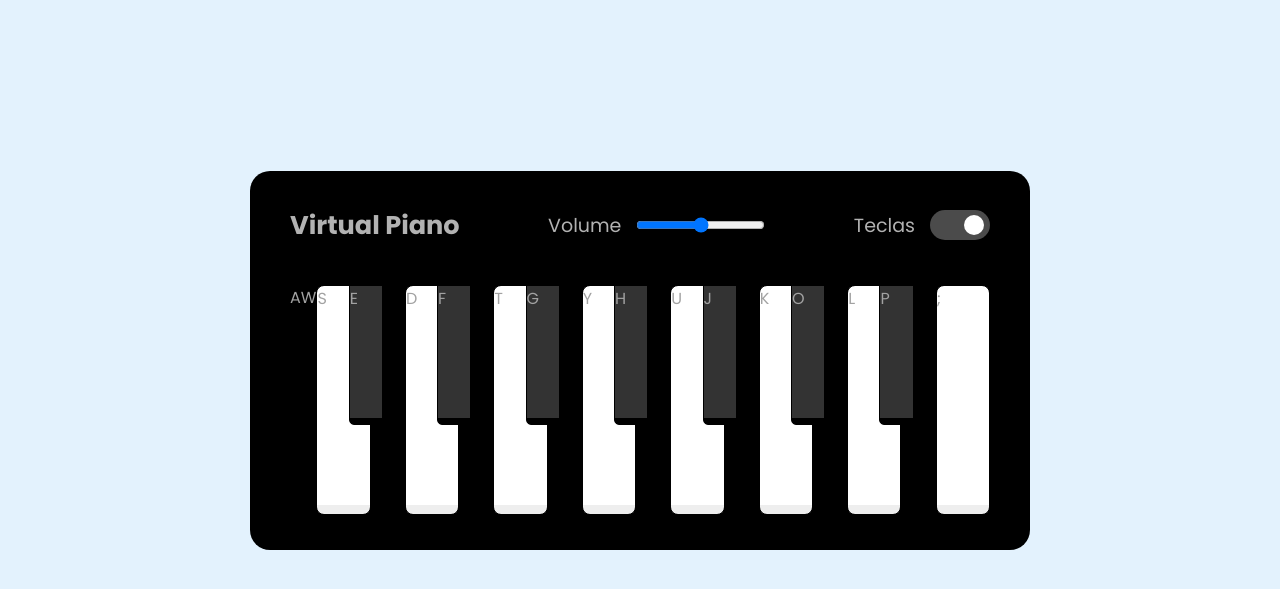
Repository: gustavotwist/simulador-piano
Page: index.html
These files come from the project's save history. The page is drawn as it stood at one moment and after the next save; the edit follows.
The browser window is 1280 px wide. The pictures show the whole page.

Above is the page before, as saved 2024-11-30 17:59:10.

### index.html
<!DOCTYPE html>
<html lang="pt-br">
<head>
    <meta charset="UTF-8">
    <meta name="viewport" content="width=device-width, initial-scale=1.0">
    <title>Piano Simulator</title>

    <!-- styles -->
    <link rel="stylesheet" href="./src/styles/reset.css">
    <link rel="stylesheet" href="./src/styles/main.css">

    <!-- fonts -->
    <link rel="preconnect" href="https://fonts.googleapis.com">
    <link rel="preconnect" href="https://fonts.gstatic.com" crossorigin>
    <link href="https://fonts.googleapis.com/css2?family=Poppins:ital,wght@0,100;0,200;0,400;0,700;1,100;1,200;1,300;1,400&display=swap" rel="stylesheet">
</head>

<body>
    <div class="container">
        <header>
            <h2>Virtual Piano</h2>
            <div class="column volume-slider">
                <span>Volume</span> <input type="range">
            </div>
            <div class="column keys-check">
                <span>Teclas</span> <input type="checkbox" checked>
            </div>
        </header>
        <ul class="piano-keys">
            <li class="key"><span>a</span></li>
            <li class="key"><span>w</span></li>
            <li class="key white"><span>s</span></li>
            <li class="key black"><span>e</span></li>
            <li class="key white"><span>d</span></li>
            <li class="key black"><span>f</span></li>
            <li class="key white"><span>t</span></li>
            <li class="key black"><span>g</span></li>
            <li class="key white"><span>y</span></li>
            <li class="key black"><span>h</span></li>
            <li class="key white"><span>u</span></li>
            <li class="key black"><span>j</span></li>
            <li class="key white"><span>k</span></li>
            <li class="key black"><span>o</span></li>
            <li class="key white"><span>l</span></li>
            <li class="key black"><span>p</span></li>
            <li class="key white"><span>;</span></li>
        </ul>

    </div>

    <script src="./src/scripts/engine.js"></script>
</body>
</html>

### src/styles/reset.css
* {
    margin: 0;
    padding: 0;
    box-sizing: border-box;
    outline: none;
    font-family: "Poppins", sans-serif;
}

### src/styles/main.css
body {
    display: flex;
    align-items: center;
    justify-content: center;
    min-height: 100vh;
    background-color: #e3f2fd;
    color: #fff;
}

.container {
    width: 780px;
    border-radius: 20px;
    padding: 35px 40px;
    background-color: black;
}

.container header {
    color: #b2b2b2;
    display: flex;
    align-items: center;
    justify-content: space-between;
}

header h2 {
    font-size: 1.6rem;
}

header .column {
    display: flex;
    align-items: center;
}

header .column span {
    font-weight: 500;
    margin-right: 15px;
    font-size: 1.19rem;
}

.Volume-slider input {
    accent-color: #fff;
}

.keys-check input {
    width: 60px;
    height: 30px;
    appearance: none;
    border-radius: 30px;
    background-color: #4b4b4b;
    cursor: pointer;
    position: relative;
}

.keys-check input::before {
    content: "";
    height: 20px;
    width: 20px;
    background-color: #8c8c8c;
    top: 50%;
    left: 0.3rem;
    border-radius: inherit;
    position: absolute;
    transform: translateY(-50%);
    transition: all 0.3s ease;
}

.keys-check input:checked::before {
    left: 2.1rem;
    background-color:#fff;
}

.piano-keys {
    display: flex;
    margin-top: 40px;
}

.piano-keys .key {
    cursor: pointer;
    user-select: none;
    list-style: none;
    color: #a2a2a2;
    position: relative;
    text-transform: uppercase;
}

.piano-keys .white {
    width: 70px;
    height: 230px;
    border: 1px solid black;
    border-radius: 8px;
    background: linear-gradient(#fff 96%, #eee 4%);
}

.piano-keys .black {
    width: 44px;
    height: 140px;
    z-index: 2;
    margin: 0 22px 0 -22px;
    border: 1px solid black;
    border-radius: 0 0 5px 5px;
    background: linear-gradient(#333 96%, #000 4%);
}

Loaded but not shown: src/scripts/engine.js (no copy from this time; the picture is the same without it)

After the next save:
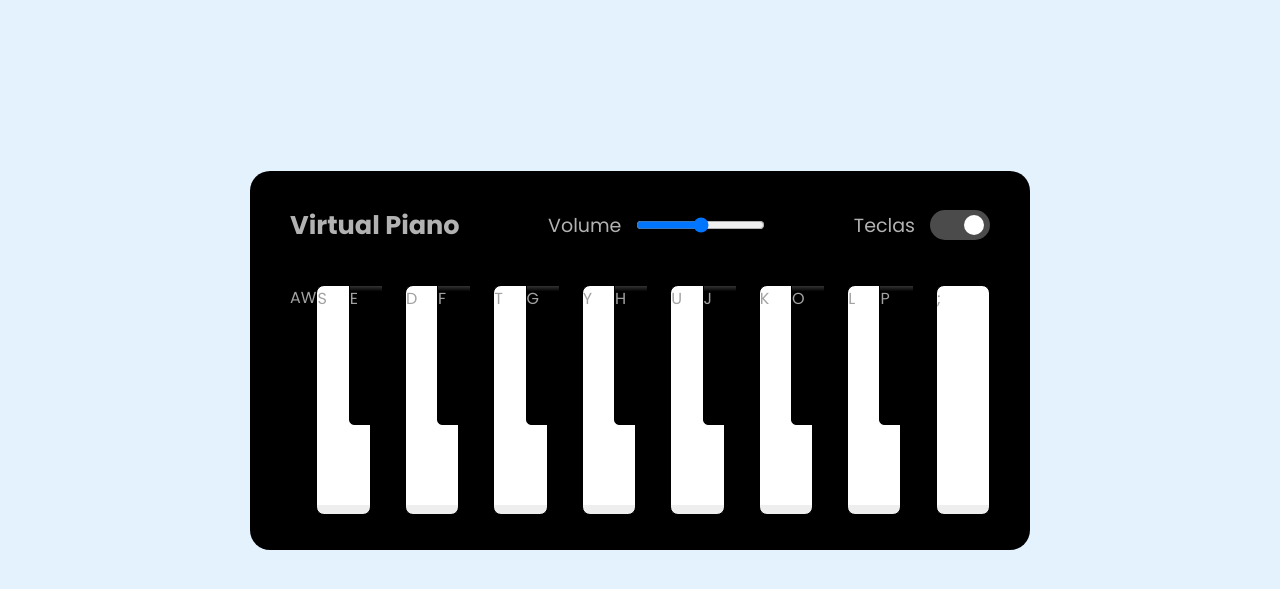
Saved 5 s later.
--- a/src/styles/main.css
+++ b/src/styles/main.css
@@ -97,5 +97,5 @@ header .column span {
     margin: 0 22px 0 -22px;
     border: 1px solid black;
     border-radius: 0 0 5px 5px;
-    background: linear-gradient(#333 96%, #000 4%);
+    background: linear-gradient(#333 , #000 4%);
 }
